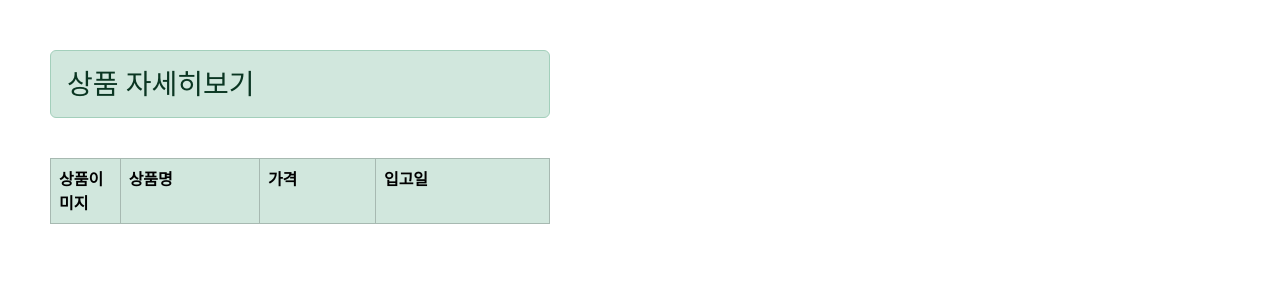
Repository: JunbroGit/SistProject
Page: http://localhost/jsaAjaxProject/quizshop/detailPage.jsp
The author's editor kept a copy of each file at every save. The page is drawn from the files as they stood at one save, then again after the next save.
The browser window is 1280 px wide. The pictures show the whole page.
Some web fonts or font styles are not loaded; a fallback is used. The page is served by Tomcat 9. Queries for data that is not in the repository find no rows.

Above is the page before, as saved 2024-03-12 07:47:02.

After the next save:
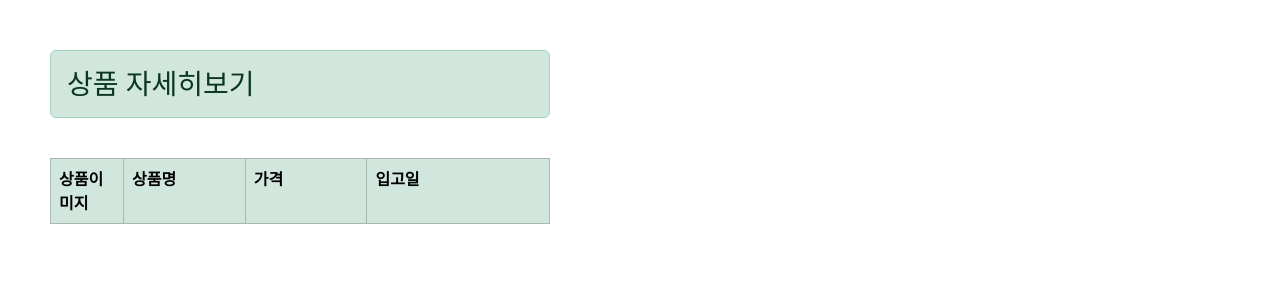
Saved 9 s later.
--- a/jspwork/jsaAjaxProject/src/main/webapp/quizshop/detailPage.jsp
+++ b/jspwork/jsaAjaxProject/src/main/webapp/quizshop/detailPage.jsp
@@ -27,7 +27,7 @@
 	<table class="table table-bordered">
 		<tr class="table-success">
 			<th width="60">상품이미지</th>
-			<th width="120">상품명</th>
+			<th width="100">상품명</th>
 			<th width="100">가격</th>
 			<th width="150">입고일</th>
 		</tr>
